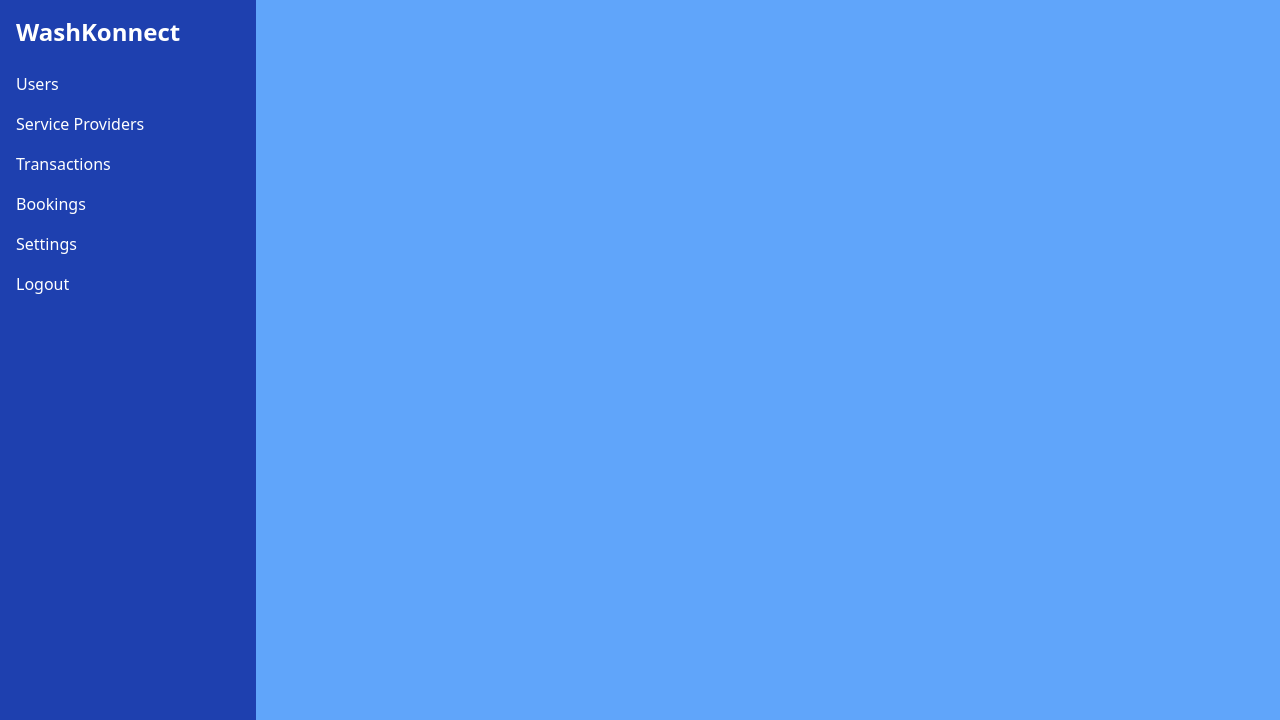
Repository: TEKVOLUTION-LTD/Admin-washKonnect
Page: /dashboard (app in Admin-WashKonnect/)
These files come from the project's save history. The page is drawn as it stood at one moment and after the next save; the edit follows.
The browser window is 1280 px wide. The pictures show the whole page.
The project was rebuilt for these pictures with package versions that can differ from the ones it lists, and the page was loaded fresh each time. Also part of the build but not shown: Admin-WashKonnect/vite.config.js, Admin-WashKonnect/src/api/api.js, Admin-WashKonnect/src/pages/LoginPage.jsx, Admin-WashKonnect/src/components/Pagination.jsx, Admin-WashKonnect/src/components/UsersPage.jsx, Admin-WashKonnect/src/pages/ServiceProviderPage.jsx, Admin-WashKonnect/src/pages/TransactionsPage.jsx, Admin-WashKonnect/src/pages/BookingsPage.jsx and 2 more.

Above is the page before, as saved 2024-11-19 16:39:37.

### Admin-WashKonnect/src/App.jsx
import { BrowserRouter as Router, Route, Routes } from "react-router-dom";
import LoginPage from "./pages/LoginPage";
import Dashboard from "./pages/Dashboard";

function App() {
  return (
    <Router>
      <Routes>
        <Route path="/" element={<LoginPage />} />
        <Route path="/dashboard/*" element={<Dashboard />} />
      </Routes>
    </Router>
  );
}

export default App;

### Admin-WashKonnect/src/pages/Dashboard.jsx
import { Route, Routes } from "react-router-dom";
import Sidebar from "../components/Sidebar";
import UserPage from "../components/UsersPage";
import ServiceProviderPage from "./ServiceProviderPage";
import TransactionPage from "./TransactionsPage";
import BookingsPage from "./BookingsPage";
import SettingsPage from "./SettingsPage";
import LogoutPage from "./LogoutPage";

const Dashboard = () => {
  return (
    <div className="flex h-screen">
      <Sidebar />
      <div className="flex-1 bg-blue-400 p-4 overflow-auto ">
        <Routes>
          <Route path="users" element={<UserPage cla/>} />
          <Route path="service-providers" element={<ServiceProviderPage />} />
          <Route path="transactions" element={<TransactionPage />} />
          <Route path="bookings" element={<BookingsPage />} />
          <Route path="settings" element={<SettingsPage />} />
          <Route path="logout" element={<LogoutPage />} />
        </Routes>
      </div>
    </div>
  );
};

export default Dashboard;

### Admin-WashKonnect/src/components/Sidebar.jsx
import { NavLink } from "react-router-dom";

const Sidebar = () => {
  return (
    <div className="w-64 bg-blue-800 text-white h-full flex flex-col">
      <div className="p-4 text-2xl font-bold">WashKonnect</div>
      <nav className="flex-1 pb-[5rem]">
        {[
          { name: "Users", path: "users" },
          { name: "Service Providers", path: "service-providers" },
          { name: "Transactions", path: "transactions" },
          { name: "Bookings", path: "bookings" },
          { name: "Settings", path: "settings" },
          { name: "Logout", path: "logout" },
        ].map((link) => (
          <NavLink
            key={link.name}
            to={`/dashboard/${link.path}`}
            className={({ isActive }) =>
              `block px-4 py-2 hover:bg-blue-700 ${
                isActive ? "bg-blue-600" : ""
              }`
            }
          >
            {link.name}
          </NavLink>
        ))}
      </nav>
    </div>
  );
};

export default Sidebar;

Loaded but not shown: Admin-WashKonnect/index.html (common file); Admin-WashKonnect/src/main.jsx (common file); Admin-WashKonnect/src/index.css (common file); Admin-WashKonnect/tailwind.config.js (common file)

After the next save:
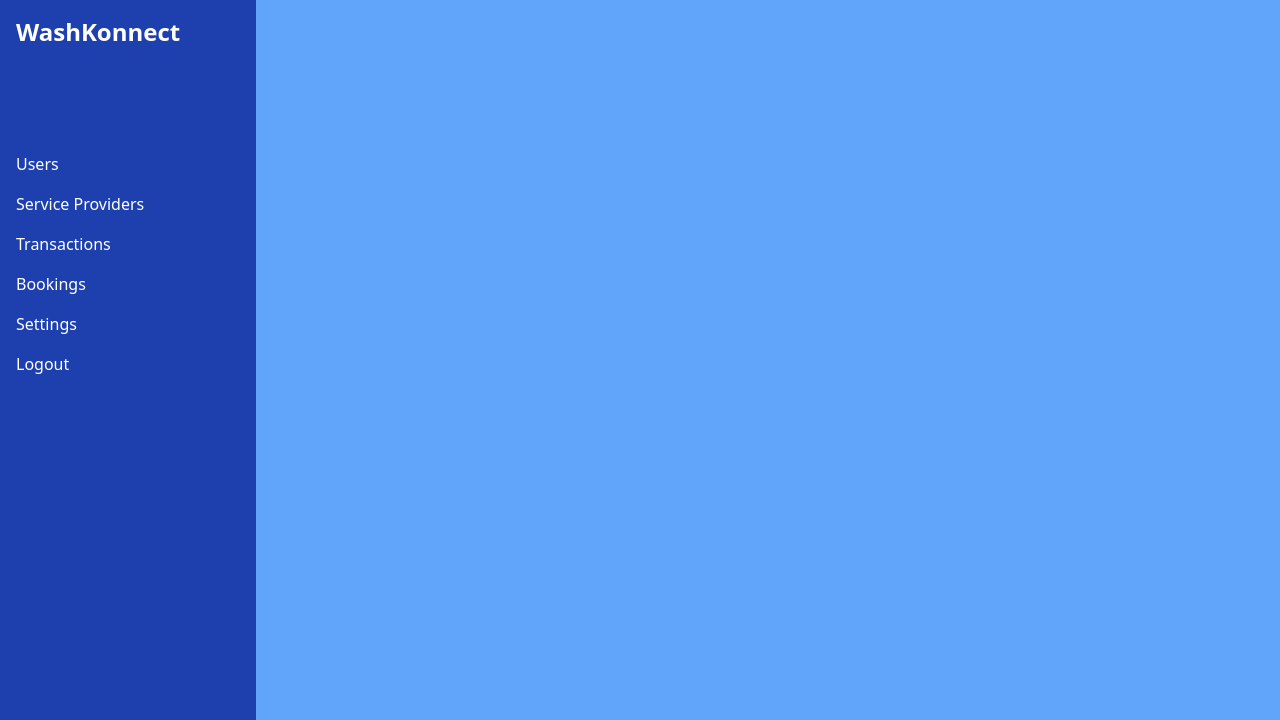
Saved 5 s later.
--- a/Admin-WashKonnect/src/components/Sidebar.jsx
+++ b/Admin-WashKonnect/src/components/Sidebar.jsx
@@ -4,7 +4,7 @@
   return (
     <div className="w-64 bg-blue-800 text-white h-full flex flex-col">
       <div className="p-4 text-2xl font-bold">WashKonnect</div>
-      <nav className="flex-1 pb-[5rem]">
+      <nav className="flex-1 pt-[5rem]">
         {[
           { name: "Users", path: "users" },
           { name: "Service Providers", path: "service-providers" },

After the 2 saves that followed:
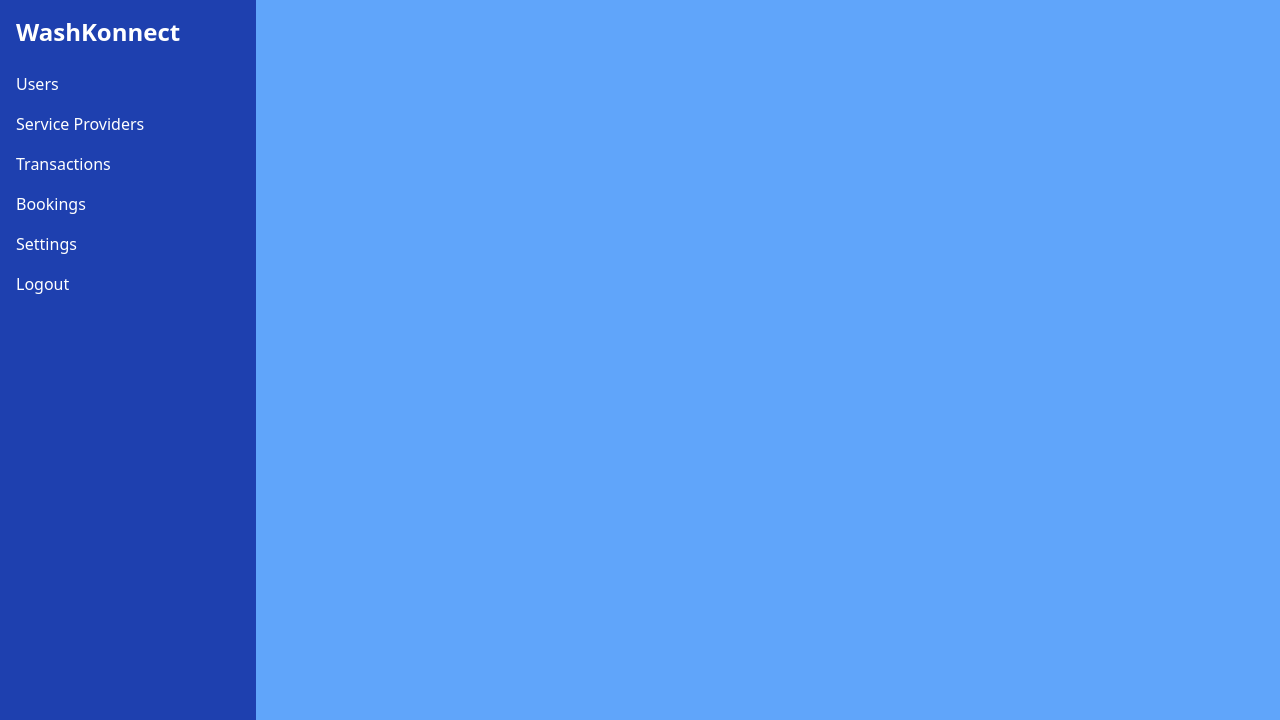
The 2 saves are shown as one change because 1 left the picture as it was.
The last was saved 65 s later.
--- a/Admin-WashKonnect/src/pages/Dashboard.jsx
+++ b/Admin-WashKonnect/src/pages/Dashboard.jsx
@@ -13,7 +13,7 @@ const Dashboard = () => {
       <Sidebar />
       <div className="flex-1 bg-blue-400 p-4 overflow-auto ">
         <Routes>
-          <Route path="users" element={<UserPage cla/>} />
+          <Route path="users" element={<UserPage className='pb-[5rem]' />} />
           <Route path="service-providers" element={<ServiceProviderPage />} />
           <Route path="transactions" element={<TransactionPage />} />
           <Route path="bookings" element={<BookingsPage />} />
--- a/Admin-WashKonnect/src/components/Sidebar.jsx
+++ b/Admin-WashKonnect/src/components/Sidebar.jsx
@@ -4,7 +4,7 @@
   return (
     <div className="w-64 bg-blue-800 text-white h-full flex flex-col">
       <div className="p-4 text-2xl font-bold">WashKonnect</div>
-      <nav className="flex-1 pt-[5rem]">
+      <nav className="flex-1 ">
         {[
           { name: "Users", path: "users" },
           { name: "Service Providers", path: "service-providers" },
